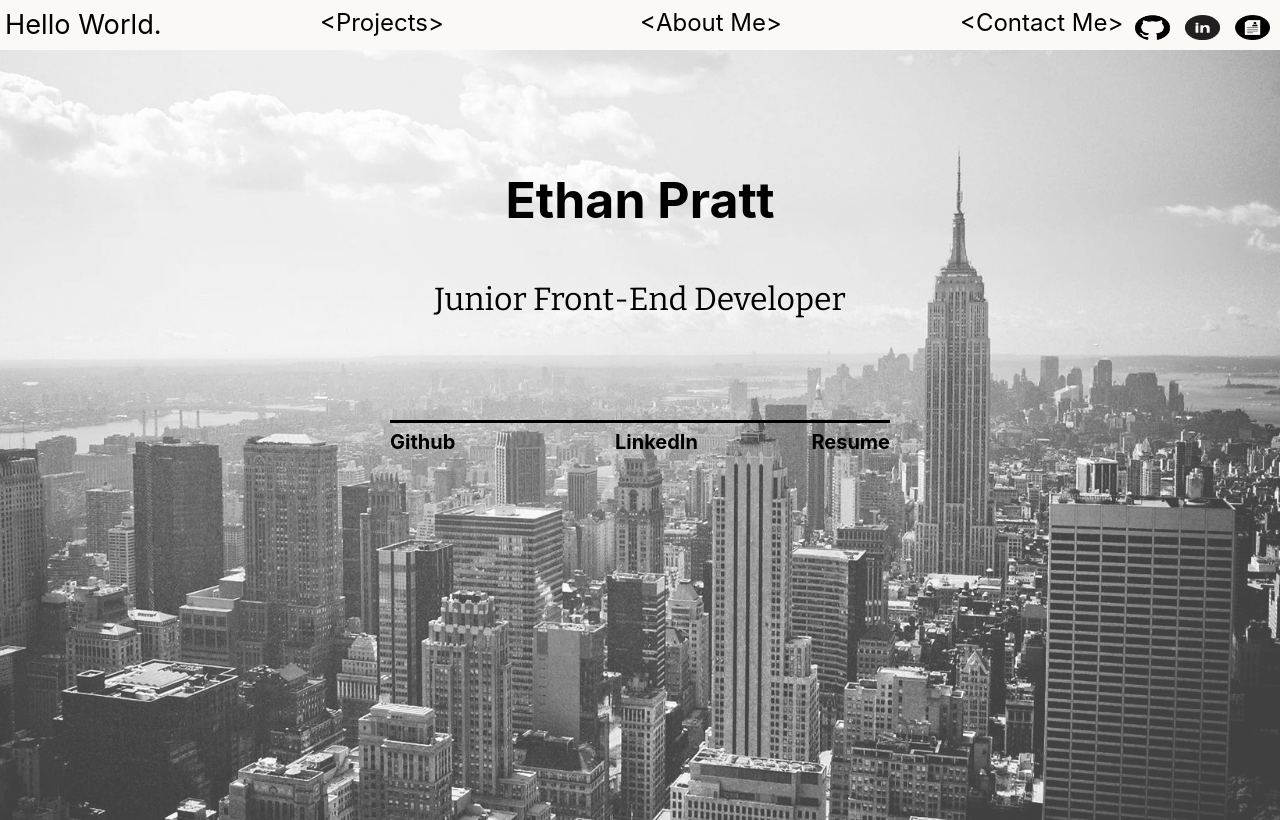
Repository: ghend99/website_ethan_pratt
Page: /
An editor plug-in stored every save of this project. The page is shown before and after a run of saves, followed by the edit.
The browser window is 1280 px wide. The pictures show the whole page.
The project was rebuilt for these pictures with package versions that can differ from the ones it lists, and the page was loaded fresh each time. Also part of the build but not shown: src/css/about.css, src/pages/about.js, src/pages/project.js, src/css/contact.css, src/pages/contact.js.

Above is the page before, as saved 2023-05-25 16:23:13.

### public/index.html
<!DOCTYPE html>
<html lang="en">
  <head>
    <meta charset="utf-8" />
    <link rel="icon" href="%PUBLIC_URL%/favicon.ico" />
    <meta name="viewport" content="width=device-width, initial-scale=1" />
    <meta name="theme-color" content="#000000" />
    <meta
      name="description"
      content="Web site created using create-react-app"
    />
    <link rel="apple-touch-icon" href="%PUBLIC_URL%/logo192.png" />
    <!--
      manifest.json provides metadata used when your web app is installed on a
      user's mobile device or desktop. See https://developers.google.com/web/fundamentals/web-app-manifest/
    -->
    <link rel="manifest" href="%PUBLIC_URL%/manifest.json" />
    <!--
      Notice the use of %PUBLIC_URL% in the tags above.
      It will be replaced with the URL of the `public` folder during the build.
      Only files inside the `public` folder can be referenced from the HTML.

      Unlike "/favicon.ico" or "favicon.ico", "%PUBLIC_URL%/favicon.ico" will
      work correctly both with client-side routing and a non-root public URL.
      Learn how to configure a non-root public URL by running `npm run build`.
    -->
    <title>Ethan Pratt | Junior Front-End Developer</title>
  </head>
  <body>
    <noscript>You need to enable JavaScript to run this app.</noscript>
    <div id="root"></div>
    <!--
      This HTML file is a template.
      If you open it directly in the browser, you will see an empty page.

      You can add webfonts, meta tags, or analytics to this file.
      The build step will place the bundled scripts into the <body> tag.

      To begin the development, run `npm start` or `yarn start`.
      To create a production bundle, use `npm run build` or `yarn build`.
    -->
  </body>
</html>

### src/App.js
import { BrowserRouter as Router, Routes, Route } from "react-router-dom";
import { Home } from "./pages/home";
import { About } from "./pages/about.js";
import { Project } from "./pages/project.js";
import { Contact } from "./pages/contact.js";

function App() {
  return (
    <div className="App">
      <Router>
        <Routes>
          <Route path="/" element={<Home />} />
          <Route path="/projects" element={<Project />} />
          <Route path="/about" element={<About />} />
          <Route path="/contact" element={<Contact />} />
        </Routes>
      </Router>
    </div>
  );
}

export default App;

### src/pages/home.js
import { Header } from "../components/header.js";

import "../css/home.css";

export const Home = () => {
  return (
    <div>
      <div className="bg">
        <Header />
        <div id="center-container">
          <p className="home-name">Ethan Pratt</p>
          <p className="home-job-title">Junior Front-End Developer</p>

          <div id="home-socials-container">
            <a
              id="home-socials"
              className="home-github"
              href="https://github.com/ghend99"
              target={"_blank"}
            >
              <p>Github</p>
            </a>

            <a
              id="home-socials"
              className="home-linkedin"
              href="https://www.linkedin.com/in/ethan-pratt-014904217/"
              target={"_blank"}
            >
              <p>LinkedIn</p>
            </a>
            <a
              id="home-socials"
              className="home-resume"
              href="https://acrobat.adobe.com/link/review?uri=urn:aaid:scds:US:d93e7d11-55fc-32a3-ba0c-10f2114d1d69"
              target="{_blank}"
            >
              <p>Resume</p>
            </a>
          </div>
        </div>
      </div>
    </div>
  );
};

### src/components/header.js
import React, { useState } from "react";
import { Link } from "react-router-dom";
import "../css/header.css";
import github from "../images/github.png";
import linkedin from "../images/linkedin.png";
import resume from "../images/resume.png";
import menu from "../images/menu.png";

export const Header = () => {
  return (
    <div className="header-container">
      <div>
        <Link className="header-title" to="/">
          Hello World.
        </Link>
      </div>
      <div>
        <Link id="header-nav" className="header-projects" to="/projects">
          &lt;Projects&gt;
        </Link>
      </div>
      <div>
        <Link id="header-nav" className="header-about" to="/about">
          &lt;About Me&gt;
        </Link>
      </div>
      <div>
        <Link id="header-nav" className="header-contact" to="/contact">
          &lt;Contact Me&gt;
        </Link>
      </div>

      <a href="https://github.com/ghend99" target={"_blank"}>
        <img id="header-socials" className="header-github" src={github} />
      </a>
      <a href="https://www.linkedin.com/in/ethanapratt/" target={"_blank"}>
        <img id="header-socials" className="header-linkedin" src={linkedin} />
      </a>
      <a
        href="https://acrobat.adobe.com/link/review?uri=urn:aaid:scds:US:d93e7d11-55fc-32a3-ba0c-10f2114d1d69"
        target={"_blank"}
      >
        <img id="header-socials" className="header-resume" src={resume} />
      </a>

      <div className="header-socials-list">
        <a href="https://github.com/ghend99" target={"_blank"}>
          <p className="header-socials-text">Github</p>
        </a>
        <a href="https://www.linkedin.com/in/ethanapratt/" target={"_blank"}>
          <p className="header-socials-text">LinkedIn</p>
        </a>
        <a
          href="https://acrobat.adobe.com/link/review?uri=urn:aaid:scds:US:d93e7d11-55fc-32a3-ba0c-10f2114d1d69"
          target={"_blank"}
        >
          <p className="header-socials-text">Resume</p>
        </a>
      </div>
    </div>
  );
};

### src/css/home.css
@import url("https://fonts.googleapis.com/css2?family=Bitter&display=swap");

#center-container {
  position: relative;
  max-width: 25%;
  min-width: 500px;
  height: 20%;
  border-bottom: solid;
  /* background-color: aqua; */
  margin-left: auto;
  margin-right: auto;
  top: 10%;
  text-align: center;
  padding: 70px 0;
}

.home-name {
  top: 0;
  font-size: 50px;
  font-weight: bold;
}

.home-job-title {
  font-size: 32px;
  font-family: "Bitter";
}

.home-resume,
.home-github,
.home-linkedin {
  position: absolute;
  bottom: -50px;
  text-decoration: none;
  color: black;
  font-size: 20px;
  font-weight: bold;
  height: 50px;
  padding-bottom: 10px;
}

.home-resume:hover,
.home-github:hover,
.home-linkedin:hover {
  border-bottom: solid;
}

.home-github {
  left: 0;
}

.home-linkedin {
  left: 45%;
}

.home-resume {
  right: 0;
}

@media screen and (min-width: 0) and (max-width: 708px) {
  #center-container {
    min-width: 350px;
  }

  .home-linkedin {
    left: 140px;
  }
}

@media screen and (min-width: 0) and (max-width: 322px) {
  #center-container {
    min-width: 300px;
  }
}

### src/css/header.css
@import url("https://fonts.googleapis.com/css2?family=Bitter&display=swap");

.header-socials-text {
  color: black;
  text-decoration: none;
  border-bottom: none;
}

.header-container {
  position: relative;
  display: grid;
  grid-template-columns: 1fr 1fr 1fr 1fr;
  grid-template-rows: 1fr;
  flex-direction: row;
  max-width: 100%;
  min-width: 390px;
  max-height: 200px;
  min-height: 50px;
  background-color: #faf9f6;
  /* padding-top: 20px; */
}

.header-title {
  position: absolute;
  left: 5px;
  margin: 0;
  margin-right: clamp(20px, 50px, 30px);
  font-size: clamp(1rem, 4vw, 1.7rem);
  top: 8px;
  text-decoration: none;
  color: black;
}

#header-nav {
  position: absolute;
  display: flex;
  font-size: clamp(1rem, 4vw, 1.5rem);
  margin: 0;
  /* margin-right: clamp(20px, 50px, 30px); */
  top: 8px;
}

.header-projects {
  /* left: clamp(30%, 46.5%, 60%); */
  text-decoration: none;
  color: black;
}

.header-about {
  margin: 0;
  /* margin-left: 50px;
  margin-right: 100px;
  left: clamp(5px, 24%, 55%); */
  text-decoration: none;
  color: black;
}

.header-contact {
  /* left: clamp(20%, 65%, 70%); */
  text-decoration: none;
  color: black;
}

#header-socials {
  max-width: 11%;
  min-width: 35px;
  max-height: 50%;
  min-height: 10px;
  top: 15px;
  cursor: pointer;
}

#header-nav:hover {
  border-bottom: solid;
}

.header-github {
  position: absolute;
  right: clamp(10px, 12%, 110px);
}

.header-linkedin {
  position: absolute;
  right: clamp(5px, 10%, 60px);
}

.header-resume {
  position: absolute;
  right: clamp(10px, 10%, 10px);
}

.bg {
  position: relative;
  max-width: 100%;
  min-width: 350px;
  /* max-height: 700px; */
  min-height: 820px;
  background-size: cover;
  background-repeat: no-repeat;
  background-position: center center;
}

.bg::before {
  content: "";
  background-image: url(../images/background-image.jpg);
  background-size: cover;
  position: absolute;
  top: 0px;
  right: 0px;
  bottom: 0px;
  left: 0px;
  opacity: 0.75;
}

.header-socials-list {
  position: absolute;
  right: 10px;
  top: 50px;
  font-size: 12px;
  font-weight: bold;
  font-family: "Bitter";
  color: black;
  opacity: 0;
  transition: all 0.2s;
}

@media screen and (min-width: 0) and (max-width: 1028px) {
  #header-socials {
    display: none;
  }

  .header-socials-list {
    display: none;
  }
}

@media screen and (min-width: 0) and (max-width: 612px) {
  #header-nav {
    top: 13px;
    font-size: 22px;
  }

  .header-socials-menu {
    top: 15px;
    right: 10px;
    width: 20px;
    height: 20px;
  }
}

@media screen and (min-width: 0) and (max-width: 554px) {
  #header-nav {
    font-size: 20px;
  }

  .header-title {
    top: 15px;
    font-size: 16px;
  }
}

@media screen and (min-width: 0) and (max-width: 427px) {
  .header-container {
    min-width: 150px;
  }

  #header-nav {
    font-size: 16px;
    top: 16px;
  }

  .bg {
    min-width: 200px;
  }
}

@media screen and (min-width: 0) and (max-width: 380px) {
  #header-nav {
    font-size: 14px;
    column-gap: 50px;
  }
}

@media screen and (min-width: 0) and (max-width: 322px) {
  .header-title {
    font-size: 14px;
    margin-right: 60px;
  }

  #header-nav {
    min-width: 100px;
    font-size: 12px;
  }

  .header-about {
    left: 85px;
  }

  .header-projects {
    left: 160px;
  }

  .header-contact {
    position: absolute;
    left: 220px;
  }

  .bg {
    min-height: 709px;
  }
}

### src/css/project.css
@import url("https://fonts.googleapis.com/css2?family=Bitter&display=swap");

#projects-container {
  position: absolute;
  display: grid;
  grid-template-columns: 1fr 1fr 1fr 1fr;
  grid-template-rows: 3fr;
  max-width: 80%;
  min-width: 70%;
  max-height: 400vh;
  min-height: 150px;
  /* background-color: blue; */
  /* opacity: 0.7; */
  left: 10%;
  top: 10%;
}

#single-project {
  position: relative;
  max-width: 100%;
  max-height: 600px;
  min-height: 100%;
  border: solid;
  text-align: center;
  background-color: #faf9f6;
}

.project-name {
  font-family: "Bitter";
  font-size: clamp(18px, 24px, 30px);
}

#project-image {
  position: relative;
  max-width: 80%;
  max-height: 75%;
  min-height: 20%;
  top: -10px;
  margin-left: auto;
  margin-right: auto;
}

.image {
  width: 70%;
}

#project-stacks-used {
  margin: 0;
  top: 300px;
}

.project-footer {
  position: absolute;
  display: grid;
  grid-template-columns: 1fr 1fr 1fr;
  text-align: center;
  width: 100%;
  height: 6%;
  bottom: 10px;
}

.source-link,
.source-demo,
.project-info {
  position: absolute;
  text-decoration: none;
  color: black;
  font-size: clamp(0.8rem, 0.5vw, 0.8rem);
  font-weight: bold;
  height: 20px;
  cursor: pointer;
}

.source-link {
  left: 5px;
}

.source-demo {
  right: 5px;
}

#project-information {
  font-size: 14px;
}

.source-link:hover,
.source-demo:hover,
.project-info:hover {
  border-bottom: solid;
}

@media screen and (min-width: 0) and (max-width: 1028px) {
  /* #project-container {
    grid-template-columns: 1fr 1fr 1fr;
  } */

  /* #single-project {
    height: 50%;
  } */

  .project-footer {
    grid-template-rows: 0.5fr;
    bottom: 0;
  }

  .source-link,
  .source-demo,
  .project-info {
    font-size: 10px;
    font-weight: bold;
  }

  .source-link {
    margin: 0;
  }

  .source-demo {
    margin: 0;
    right: 7px;
  }

  .project-info {
    margin: 0;
    top: -4px;
  }
}

@media screen and (min-width: 0) and (max-width: 708px) {
  #projects-container {
    grid-template-columns: 1fr 1fr;
    grid-template-rows: 1fr 1fr;
  }

  .project-footer {
    bottom: 0;
  }

  .source-link,
  .source-demo,
  .project-info {
    font-size: 8px;
  }

  #single-project {
    min-height: 410px;
  }

  #project-information {
    font-size: 12px;
  }
}

Loaded but not shown: src/index.js (common file); src/index.css (common file)

After the next 4 saves:
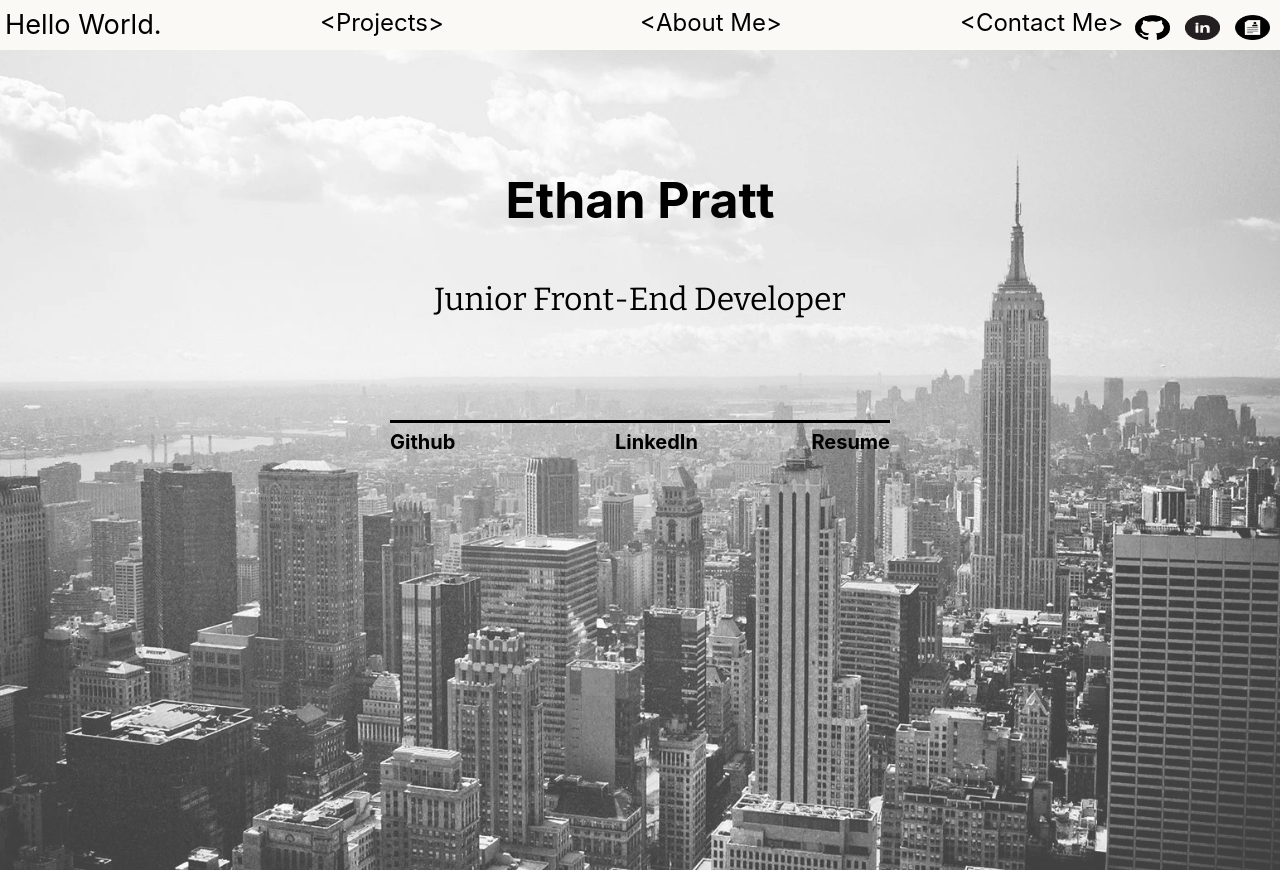
The 4 saves are shown as one change because they came seconds apart.
The last was saved 14 s later.
--- a/src/css/header.css
+++ b/src/css/header.css
@@ -94,7 +94,7 @@
   max-width: 100%;
   min-width: 350px;
   /* max-height: 700px; */
-  min-height: 820px;
+  min-height: 870px;
   background-size: cover;
   background-repeat: no-repeat;
   background-position: center center;
